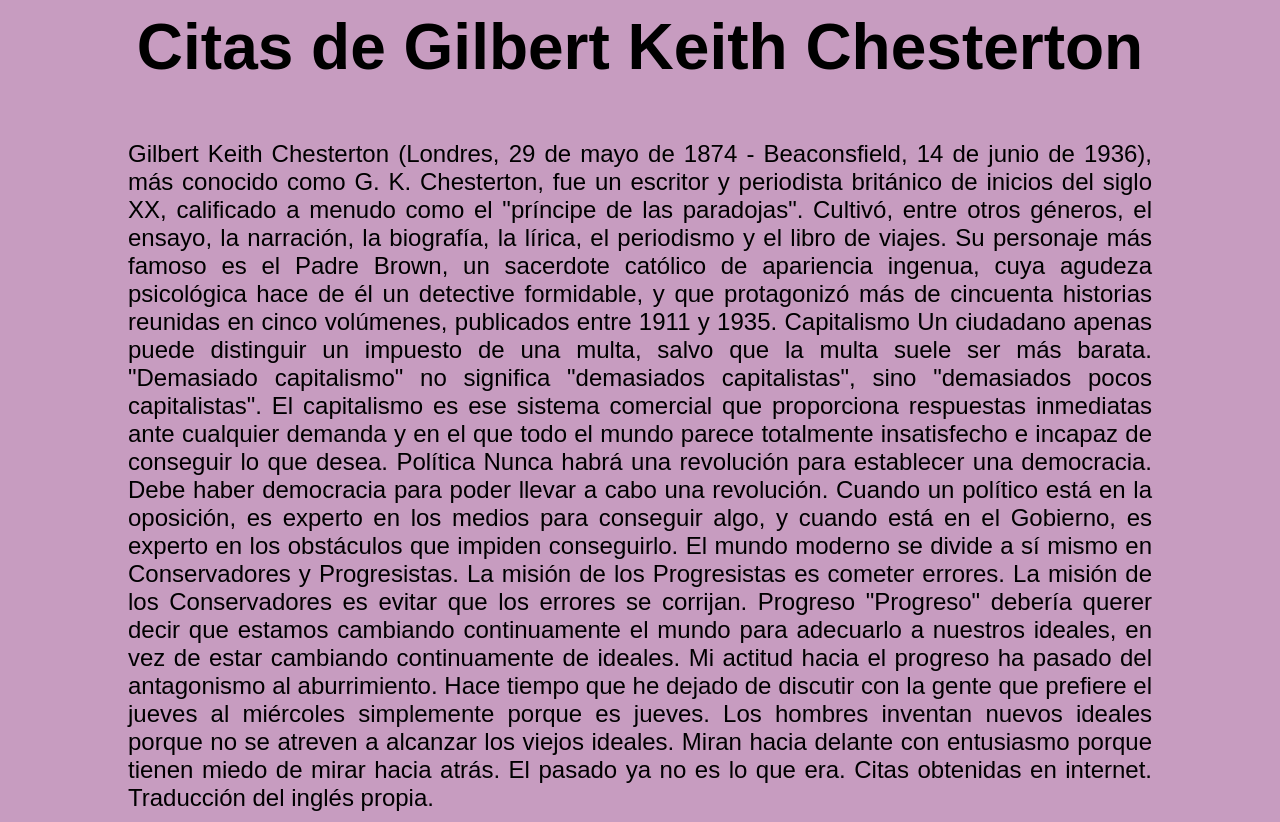
Repository: EmilyMachuca-Developer/Advanced-Programming-Projects
Page: index.html
An editor plug-in stored every save of this project. The page is shown before and after a run of saves, followed by the edit.
The browser window is 1280 px wide. The pictures show the whole page.

Above is the page before, as saved 2024-02-26 20:15:57.

### index.html
<html lang="es">
<head>
<meta charset="utf-8">
<link rel="stylesheet" href="Taller 2/css/style.css">
<title>Emily Machuca</title>
</head>

<body>
<h1>Citas de Gilbert Keith Chesterton</h1> <br><br>

Gilbert Keith Chesterton (Londres, 29 de mayo de 1874 - Beaconsfield, 14 de junio de 1936), más conocido como G. K. Chesterton, fue un escritor y periodista británico de inicios del siglo XX, calificado a menudo como el "príncipe de las paradojas". Cultivó, entre otros géneros, el ensayo, la narración, la biografía, la lírica, el periodismo y el libro de viajes.

Su personaje más famoso es el Padre Brown, un sacerdote católico de apariencia ingenua, cuya agudeza psicológica hace de él un detective formidable, y que protagonizó más de cincuenta historias reunidas en cinco volúmenes, publicados entre 1911 y 1935.

Capitalismo

Un ciudadano apenas puede distinguir un impuesto de una multa, salvo que la multa suele ser más barata.

"Demasiado capitalismo" no significa "demasiados capitalistas", sino "demasiados pocos capitalistas".

El capitalismo es ese sistema comercial que proporciona respuestas inmediatas ante cualquier demanda y en el que todo el mundo parece totalmente insatisfecho e incapaz de conseguir lo que desea.

Política

Nunca habrá una revolución para establecer una democracia. Debe haber democracia para poder llevar a cabo una revolución.

Cuando un político está en la oposición, es experto en los medios para conseguir algo, y cuando está en el Gobierno, es experto en los obstáculos que impiden conseguirlo.

El mundo moderno se divide a sí mismo en Conservadores y Progresistas. La misión de los Progresistas es cometer errores. La misión de los Conservadores es evitar que los errores se corrijan.

Progreso

"Progreso" debería querer decir que estamos cambiando continuamente el mundo para adecuarlo a nuestros ideales, en vez de estar cambiando continuamente de ideales.

Mi actitud hacia el progreso ha pasado del antagonismo al aburrimiento. Hace tiempo que he dejado de discutir con la gente que prefiere el jueves al miércoles simplemente porque es jueves.

Los hombres inventan nuevos ideales porque no se atreven a alcanzar los viejos ideales. Miran hacia delante con entusiasmo porque tienen miedo de mirar hacia atrás.

El pasado ya no es lo que era.

Citas obtenidas en internet. Traducción del inglés propia.
</body>
</html>

### Taller 2/css/style.css
body {
    margin: 10px 10%;
    background-color: hwb(310 61% 22%);
    font-family: sans-serif;
    font-size: 1.5rem;
    text-align: justify;
  }

  header {
    padding: 0 10px;
    background-color: hwb(15 50% 40%);
  }

  h1 {
    margin: 0;
    font-size: 4rem;
    text-align: center;
  }

  main {
    display: block;
    border: white 2px solid;
    padding: 10px;
  }

  section {
    padding-bottom: 5px;
    background-color: hwb(15 60% 30%)
  }

  section + section {
    margin-top: 40px;
  }

  h2 {
    margin: 0;
    padding-left: 10px;
    background-color: white;
  }

  section p {
    border: hwb(15 15% 75%)10px solid;
    margin: 20px 10%;
    padding: 10px;
    color: white;
    line-height: 200%;
  }

  footer {
    border-top: black 5px solid;
    margin: 20px 0;
    padding: 0 10px;
    background-color: hwb(15 50% 40%);
    font-size: 1.2rem;
  }

After the next 2 saves:
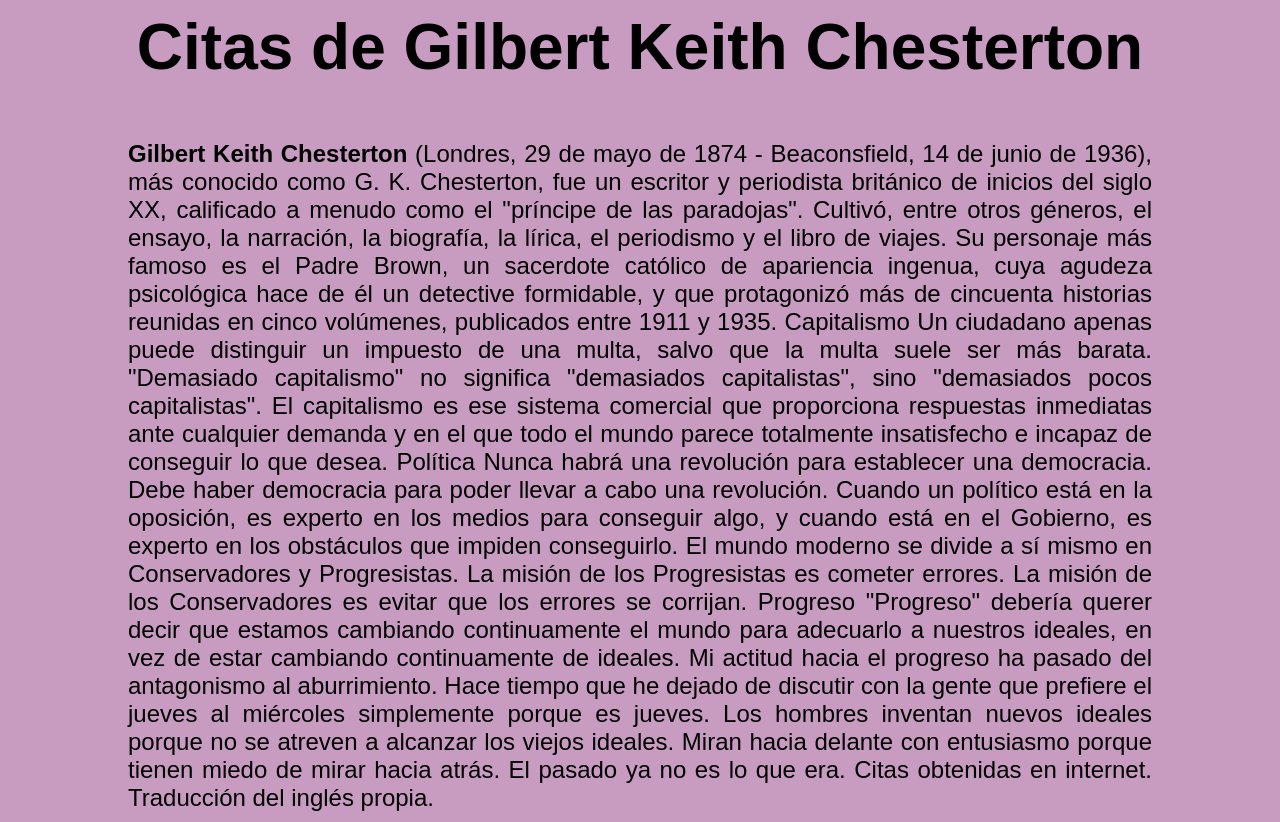
The 2 saves are shown as one change because they came seconds apart.
The last was saved 8 s later.
--- a/index.html
+++ b/index.html
@@ -8,7 +8,7 @@
 <body>
 <h1>Citas de Gilbert Keith Chesterton</h1> <br><br>
 
-Gilbert Keith Chesterton (Londres, 29 de mayo de 1874 - Beaconsfield, 14 de junio de 1936), más conocido como G. K. Chesterton, fue un escritor y periodista británico de inicios del siglo XX, calificado a menudo como el "príncipe de las paradojas". Cultivó, entre otros géneros, el ensayo, la narración, la biografía, la lírica, el periodismo y el libro de viajes.
+<strong>Gilbert Keith Chesterton</strong> (Londres, 29 de mayo de 1874 - Beaconsfield, 14 de junio de 1936), más conocido como G. K. Chesterton, fue un escritor y periodista británico de inicios del siglo XX, calificado a menudo como el "príncipe de las paradojas". Cultivó, entre otros géneros, el ensayo, la narración, la biografía, la lírica, el periodismo y el libro de viajes.
 
 Su personaje más famoso es el Padre Brown, un sacerdote católico de apariencia ingenua, cuya agudeza psicológica hace de él un detective formidable, y que protagonizó más de cincuenta historias reunidas en cinco volúmenes, publicados entre 1911 y 1935.
 
